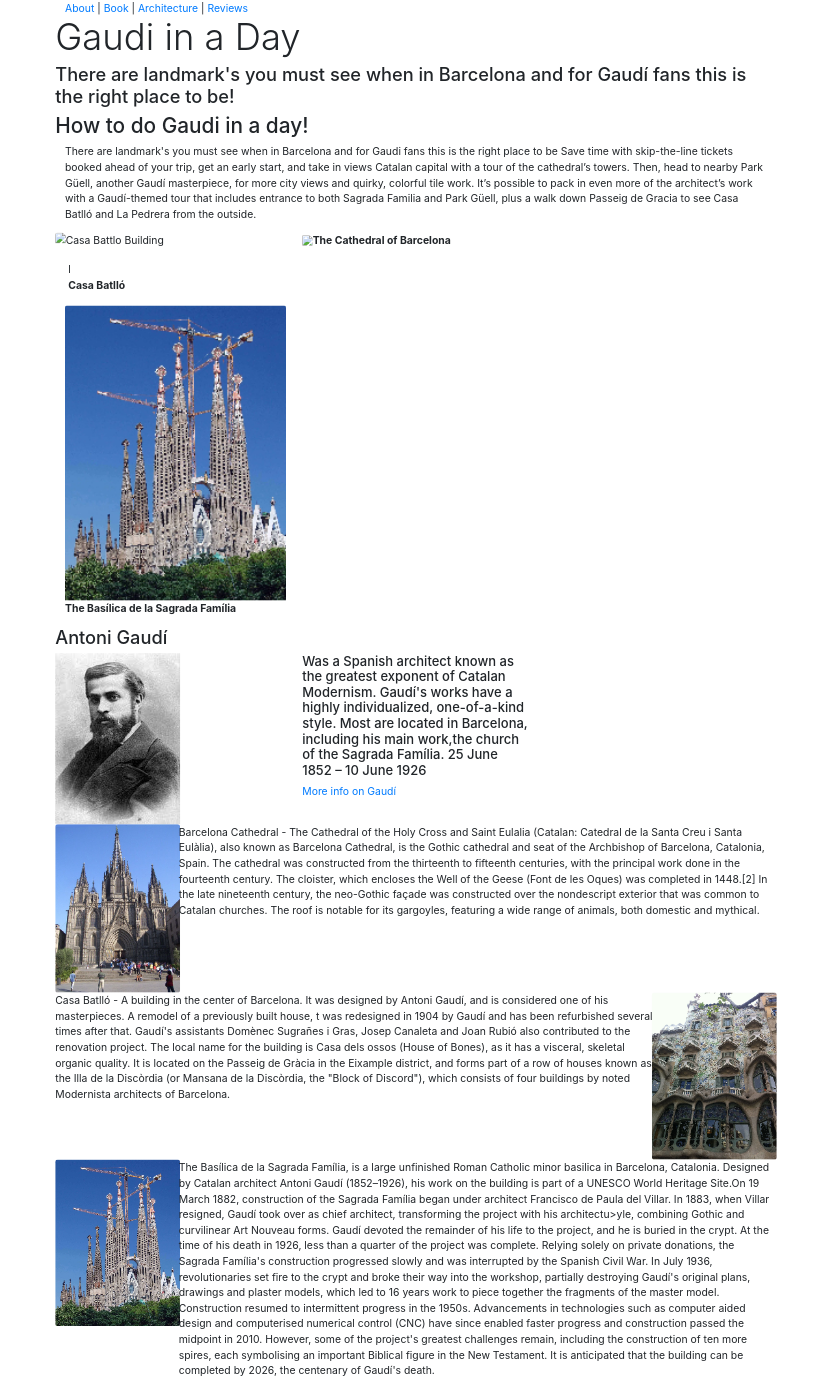
Repository: Taitdanielle/Milestone1
Page: index.html
The author's editor kept a record of every edit. The page is drawn from the files as they stood at one moment, then again after the next edit.
The browser window is 1280 px wide. The pictures show the whole page, at 65% of full size.

Above is the page before.
Not found: default.aspdi2.jpg"

### index.html
<!DOCTYPE html>
<html lang="en">

<head>
    <title>Gaudí in a day!</title>
    <meta charset="UTF-8">
    <meta name="viewport" content="width=device-width, initial-scale=1.0">
    <meta http-equiv="X-UA-Compatible" content="ie=edge">
    <link href="https://fonts.googleapis.com/css?family=Lato&display=swap" rel="stylesheet">
    <link rel="stylesheet" href="https://stackpath.bootstrapcdn.com/bootstrap/4.3.1/css/bootstrap.min.css" integrity="sha384-ggOyR0iXCbMQv3Xipma34MD+dH/1fQ784/j6cY/iJTQUOhcWr7x9JvoRxT2MZw1T" crossorigin="anonymous">
    <link rel="stylesheet" href="css/style.css" type="text/css" />
</head>


<!-- nav -->

<nav>
    <div class="container">
        <div class="col-md-12">
            <a href="/about/">About</a> |
            <a href="/book/">Book</a> |
            <a href="/architecture/">Architecture</a> |
            <a href="/reviews/">Reviews</a>
        </div>
    </div>
</nav>

<!-- nav -->

<body>

    <div class="container">
        <h1 class="display-4">Gaudi in a Day</h1>
        <h3>There are landmark's you must see when in Barcelona and for Gaudí fans this is the right place to be!</h3>
    </div>

    <div class="container">
        <h2> How to do Gaudi in a day!</h2>
        <p class="col-md-12"> There are landmark's you must see when in Barcelona and for Gaudi fans this is the right place to be Save time with skip-the-line tickets booked ahead of your trip, get an early start, and take in views Catalan capital with a tour of the cathedral’s
            towers. Then, head to nearby Park Güell, another Gaudí masterpiece, for more city views and quirky, colorful tile work. It’s possible to pack in even more of the architect’s work with a Gaudí-themed tour that includes entrance to both Sagrada
            Familia and Park Güell, plus a walk down Passeig de Gracia to see Casa Batlló and La Pedrera from the outside. </p>
    </div>

    <!-- image cards -->
    <div class="container">
        <div class="row">
            <div class="col-md-4">
                <div class="card-one">
                    <img src=default.aspdi2.jpg" class="card-img-top" alt="Casa Battlo Building">
                    <div class="card-body">l
                        <p class="card-text"><b>Casa Batlló</b></p>
                    </div>
                </div>
            </div>
            <div class="col-md-4">
                <div class="card-two">
                    <img src="images/S>
                        <p class="card-text"><b>The Cathedral of Barcelona</b></p>
                    </div>
                </div>
            </div>
            <div class="col-md-4">
                <div class="card-three">
                    <img src="images/sagrada-familia-1028930_1920.jpg" class="card-img-top" alt="sagrada-familia-building">
                    <div class="card-bodt"><b>The Basílica de la Sagrada Família</b></p>
                    </div>
                </div>
            </div>
        </div>
    </div>

    <div class="container">
        <div class="row">
            <div class="col-md-12 title-heading-conatainer">
                <h3 class="title-heading"> Antoni Gaudí </h3>
            </div>
            <div class="col-md-4">
                <img src="images/gaudi.jpg">
            </div>
            <div class="col-md-4">
                <h5>Was a Spanish architect known as the greatest exponent of Catalan Modernism. Gaudí's works have a highly individualized, one-of-a-kind style. Most are located in Barcelona, including his main work,the church of the Sagrada Família. 25
                    June 1852 – 10 June 1926 </h5>
                <a href="https://en.wikipedia.org/wiki/Antoni_Gaud%C3%AD">More info on Gaudí</a>
            </div>
        </div>
    </div>


    <div class="container">
        <div class="row">
            <div class="col-md-2">
                <img src="images/Sta-eulalia.jpg" class="rounded float-left" alt="barrigotic building">
            </div>
            <div class="col-md-10">
                <p class="par-padding-left">Barcelona Cathedral - The Cathedral of the Holy Cross and Saint Eulalia (Catalan: Catedral de la Santa Creu i Santa Eulàlia), also known as Barcelona Cathedral, is the Gothic cathedral and seat of the Archbishop of Barcelona, Catalonia,
                    Spain. The cathedral was constructed from the thirteenth to fifteenth centuries, with the principal work done in the fourteenth century. The cloister, which encloses the Well of the Geese (Font de les Oques) was completed in 1448.[2]
                    In the late nineteenth century, the neo-Gothic façade was constructed over the nondescript exterior that was common to Catalan churches. The roof is notable for its gargoyles, featuring a wide range of animals, both domestic and mythical.</p>
            </div>
        </div>
    </div>

    <div class="container">
        <div class="row">
            <div class="col-md-10">
                <p class="par-padding-right"> Casa Batlló - A building in the center of Barcelona. It was designed by Antoni Gaudí, and is considered one of his masterpieces. A remodel of a previously built house, t was redesigned in 1904 by Gaudí and has been refurbished several
                    times after that. Gaudí's assistants Domènec Sugrañes i Gras, Josep Canaleta and Joan Rubió also contributed to the renovation project. The local name for the building is Casa dels ossos (House of Bones), as it has a visceral, skeletal
                    organic quality. It is located on the Passeig de Gràcia in the Eixample district, and forms part of a row of houses known as the Illa de la Discòrdia (or Mansana de la Discòrdia, the "Block of Discord"), which consists of four buildings
                    by noted Modernista architects of Barcelona.</p>
            </div>
            <div class="col-md-2">
                <img src="images/gaudi2.jpg" class="rounded float-right" alt="Building">
            </div>
        </div>
    </div>

    <div class="container">
        <div class="row">
            <div class="col-md-2">
                <img src="images/sagrada-familia-1028930_1920.jpg" class="rounded float-left" alt=building>
            </div>
            <div class="col-md-10">
                <p class="par-padding-left"> The Basílica de la Sagrada Família, is a large unfinished Roman Catholic minor basilica in Barcelona, Catalonia. Designed by Catalan architect Antoni Gaudí (1852–1926), his work on the building is part of
                    a UNESCO World Heritage Site.On 19 March 1882, construction of the Sagrada Família began under architect Francisco de Paula del Villar. In 1883, when Villar resigned, Gaudí took over as chief architect, transforming the project with
                    his architectu>yle, combining Gothic and curvilinear Art Nouveau forms. Gaudí devoted the remainder of his life to the project, and he is buried in the crypt. At the time of his death in 1926, less than a quarter
                    of the project was complete. Relying solely on private donations, the Sagrada Família's construction progressed slowly and was interrupted by the Spanish Civil War. In July 1936, revolutionaries set fire to the crypt and broke their
                    way into the workshop, partially destroying Gaudí's original plans, drawings and plaster models, which led to 16 years work to piece together the fragments of the master model. Construction resumed to intermittent progress in the 1950s.
                    Advancements in technologies such as computer aided design and computerised numerical control (CNC) have since enabled faster progress and construction passed the midpoint in 2010. However, some of the project's greatest challenges
                    remain, including the construction of ten more spires, each symbolising an important Biblical figure in the New Testament. It is anticipated that the building can be completed by 2026, the centenary of Gaudí's death.</p>
            </div>
        </div>
    </div>
</body>

</html>

### css/style.css
container {
    background-color: #FBEAFF;
}

After the next edit:
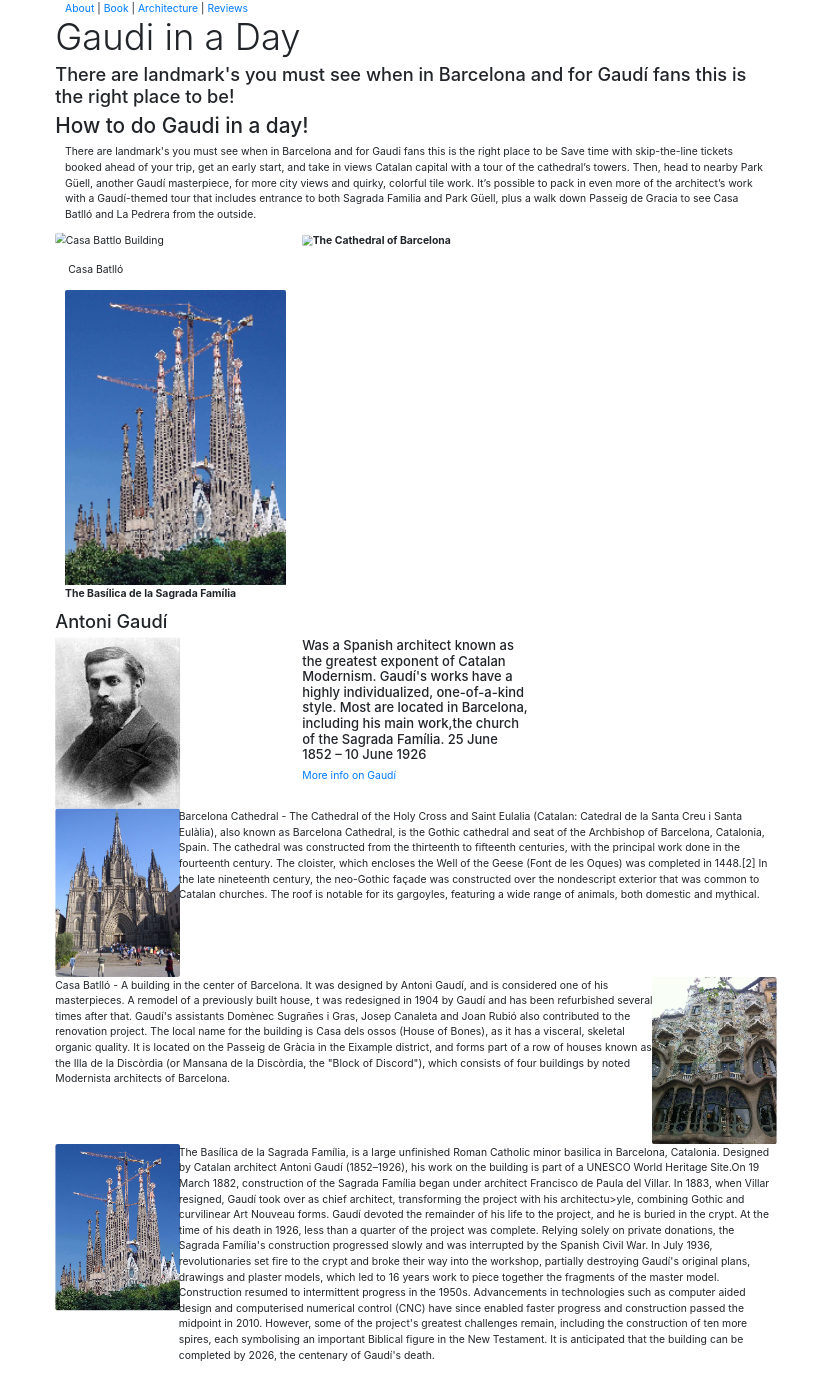
Not found: default.aspdi2.jpg
The edit:
--- a/index.html
+++ b/index.html
@@ -46,9 +46,9 @@
         <div class="row">
             <div class="col-md-4">
                 <div class="card-one">
-                    <img src=default.aspdi2.jpg" class="card-img-top" alt="Casa Battlo Building">
-                    <div class="card-body">l
-                        <p class="card-text"><b>Casa Batlló</b></p>
+                    <img src="default.aspdi2.jpg" class="card-img-top" alt="Casa Battlo Building">
+                    <div class="card-body">
+                        <p class="card-text" <b>Casa Batlló</b></p>
                     </div>
                 </div>
             </div>
